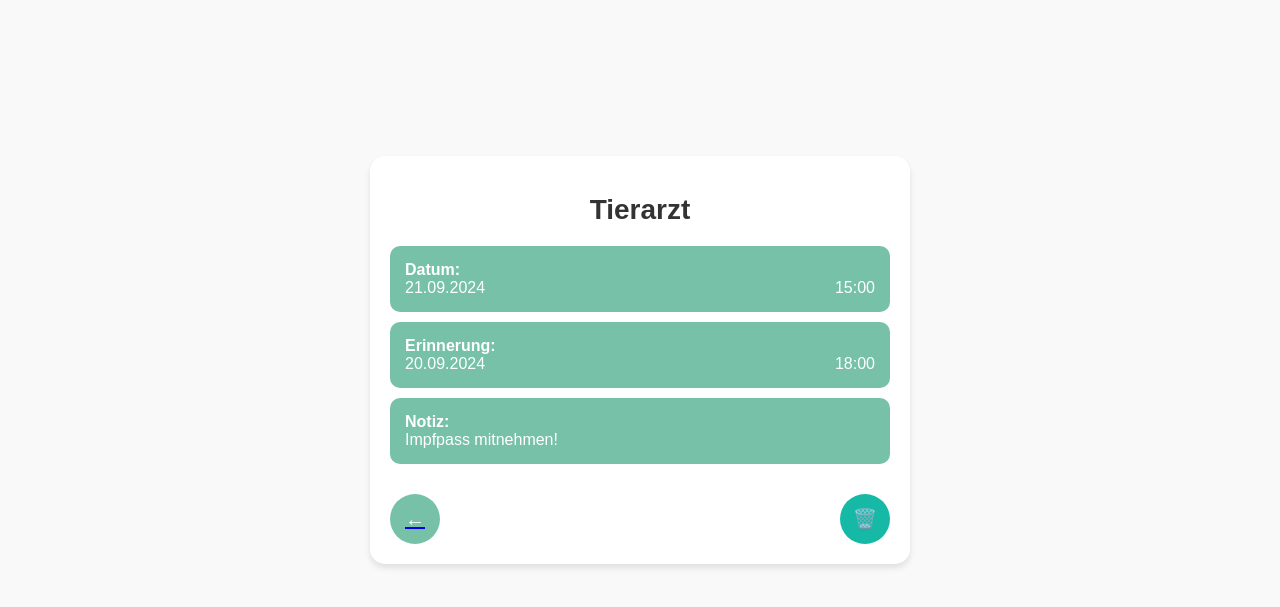
Repository: jakemoes/Pet-Tracker
Page: PWA/apppointmentDetails.html
The author's editor kept a copy of each file at every save. The page is drawn from the files as they stood at one save, then again after the next save.
The browser window is 1280 px wide. The pictures show the whole page.

Above is the page before, as saved 2024-12-07 03:25:09.

After the next save:
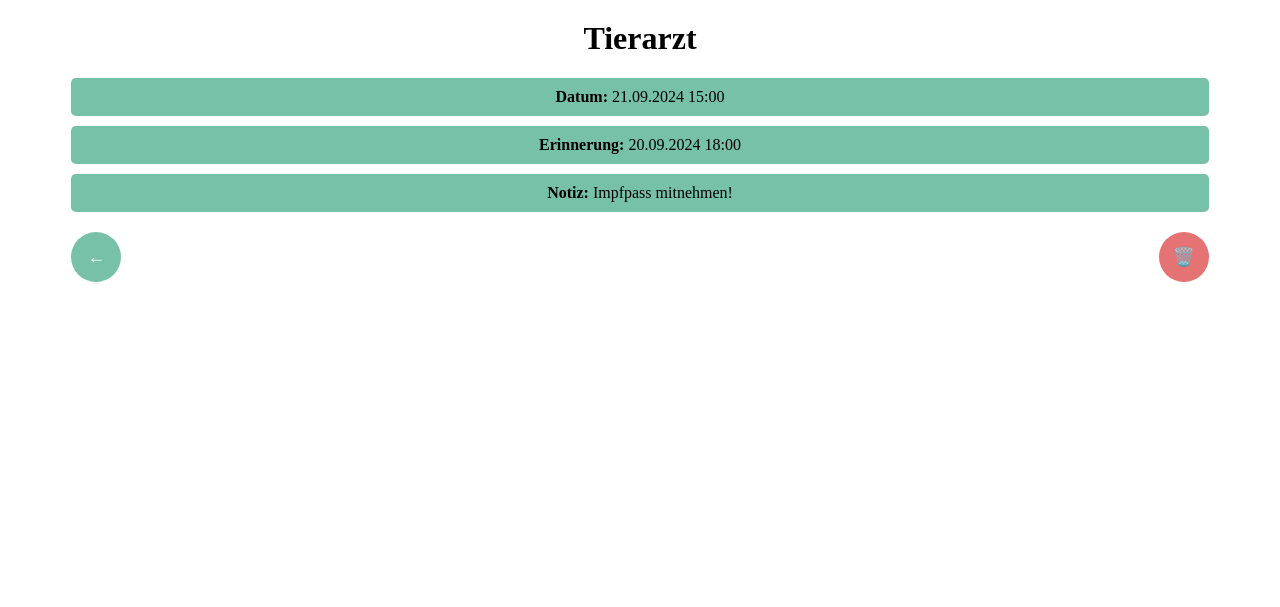
Saved 5 min 18 s later.
--- a/PWA/apppointmentDetails.html
+++ b/PWA/apppointmentDetails.html
@@ -1,42 +1,23 @@
-<!DOCTYPE html>
-<html lang="de">
-<head>
-    <meta charset="UTF-8">
-    <meta name="viewport" content="width=device-width, initial-scale=1.0">
-    <link rel="stylesheet" href="appointmentDetails.css">
-    <title>Tierarzttermin</title>
-</head>
-<body>
-    <div class="details-container">
-        <h1>Tierarzt</h1>
+<h1 style="margin-top: 20px; text-align: center;">Tierarzt</h1>
 
-        <div class="entry">
-            <div class="detail">
-                <p><strong>Datum:</strong></p>
-                <p>21.09.2024 <span class="time">15:00</span></p>
-            </div>
-            <div class="detail">
-                <p><strong>Erinnerung:</strong></p>
-                <p>20.09.2024 <span class="time">18:00</span></p>
-            </div>
-            <div class="detail">
-                <p><strong>Notiz:</strong></p>
-                <p>Impfpass mitnehmen!</p>
-            </div>
-        </div>
+<div class="details" style="margin: 20px auto; max-width: 90%; text-align: center;">
+    <div class="datum" style="background-color: #77c1a9; padding: 10px; margin-bottom: 10px; border-radius: 5px;">
+        <strong>Datum:</strong> 21.09.2024 15:00
+    </div>
+    <div class="erinnerung" style="background-color: #77c1a9; padding: 10px; margin-bottom: 10px; border-radius: 5px;">
+        <strong>Erinnerung:</strong> 20.09.2024 18:00
+    </div>
+    <div class="notiz" style="background-color: #77c1a9; padding: 10px; margin-bottom: 10px; border-radius: 5px;">
+        <strong>Notiz:</strong> Impfpass mitnehmen!
+    </div>
+</div>
 
-        <div class="button-container">
-            <!-- Zurück-Button -->
-            <a href="appointment.html" class="back-btn">
-                <button type="button"><span>&larr;</span></button>
-            </a>
+<div class="button-container" style="display: flex; justify-content: space-between; max-width: 90%; margin: 20px auto;">
+    <!-- Zurück-Button -->
+    <a href="appointment.html" style="text-decoration: none;">
+        <button type="button" style="background-color: #77c1a9; border: none; border-radius: 50%; width: 50px; height: 50px; color: white; font-size: 18px;">&larr;</button>
+    </a>
 
-            <!-- Löschen-Button -->
-            <button type="button" class="delete-btn" >
-                🗑️
-            </button>
-        </div>
-    </div>
-
-</body>
-</html>
+    <!-- Löschen-Button -->
+    <button type="button" style="background-color: #e57373; border: none; border-radius: 50%; width: 50px; height: 50px; color: white; font-size: 18px;" onclick="deleteEntry()">🗑️</button>
+</div>

After the save that followed:
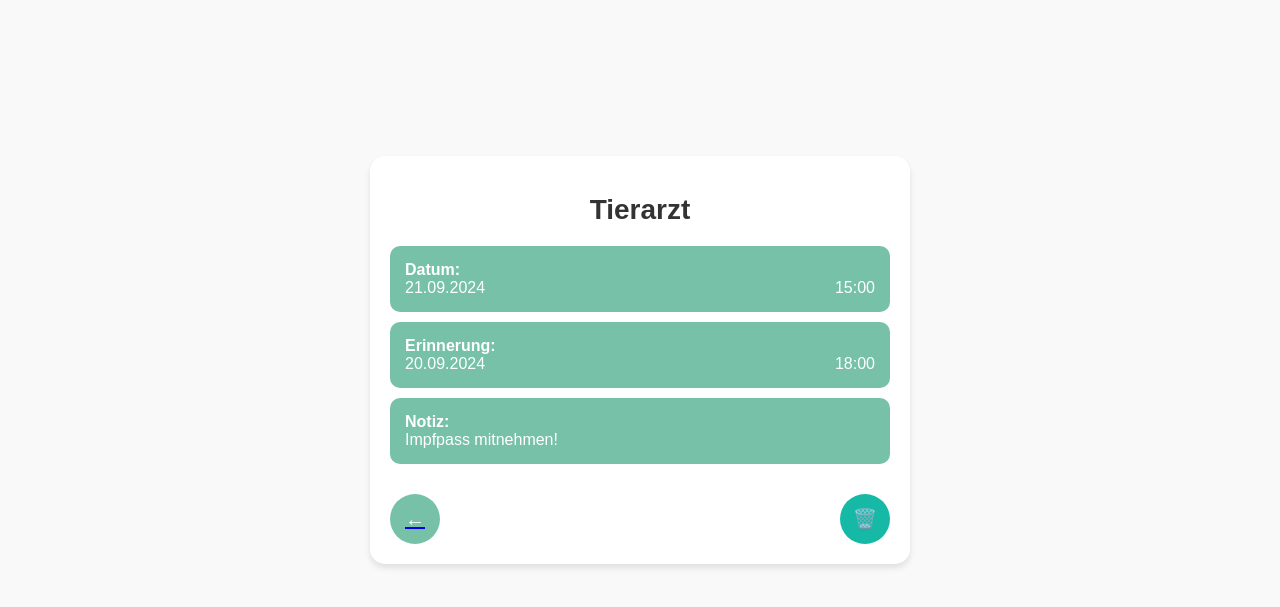
Saved 8 s later.
--- a/PWA/apppointmentDetails.html
+++ b/PWA/apppointmentDetails.html
@@ -1,23 +1,42 @@
-<h1 style="margin-top: 20px; text-align: center;">Tierarzt</h1>
+<!DOCTYPE html>
+<html lang="de">
+<head>
+    <meta charset="UTF-8">
+    <meta name="viewport" content="width=device-width, initial-scale=1.0">
+    <link rel="stylesheet" href="appointmentDetails.css">
+    <title>Tierarzttermin</title>
+</head>
+<body>
+    <div class="details-container">
+        <h1>Tierarzt</h1>
 
-<div class="details" style="margin: 20px auto; max-width: 90%; text-align: center;">
-    <div class="datum" style="background-color: #77c1a9; padding: 10px; margin-bottom: 10px; border-radius: 5px;">
-        <strong>Datum:</strong> 21.09.2024 15:00
+        <div class="entry">
+            <div class="detail">
+                <p><strong>Datum:</strong></p>
+                <p>21.09.2024 <span class="time">15:00</span></p>
+            </div>
+            <div class="detail">
+                <p><strong>Erinnerung:</strong></p>
+                <p>20.09.2024 <span class="time">18:00</span></p>
+            </div>
+            <div class="detail">
+                <p><strong>Notiz:</strong></p>
+                <p>Impfpass mitnehmen!</p>
+            </div>
+        </div>
+
+        <div class="button-container">
+            <!-- Zurück-Button -->
+            <a href="appointment.html" class="back-btn">
+                <button type="button"><span>&larr;</span></button>
+            </a>
+
+            <!-- Löschen-Button -->
+            <button type="button" class="delete-btn" >
+                🗑️
+            </button>
+        </div>
     </div>
-    <div class="erinnerung" style="background-color: #77c1a9; padding: 10px; margin-bottom: 10px; border-radius: 5px;">
-        <strong>Erinnerung:</strong> 20.09.2024 18:00
-    </div>
-    <div class="notiz" style="background-color: #77c1a9; padding: 10px; margin-bottom: 10px; border-radius: 5px;">
-        <strong>Notiz:</strong> Impfpass mitnehmen!
-    </div>
-</div>
 
-<div class="button-container" style="display: flex; justify-content: space-between; max-width: 90%; margin: 20px auto;">
-    <!-- Zurück-Button -->
-    <a href="appointment.html" style="text-decoration: none;">
-        <button type="button" style="background-color: #77c1a9; border: none; border-radius: 50%; width: 50px; height: 50px; color: white; font-size: 18px;">&larr;</button>
-    </a>
-
-    <!-- Löschen-Button -->
-    <button type="button" style="background-color: #e57373; border: none; border-radius: 50%; width: 50px; height: 50px; color: white; font-size: 18px;" onclick="deleteEntry()">🗑️</button>
-</div>
+</body>
+</html>
